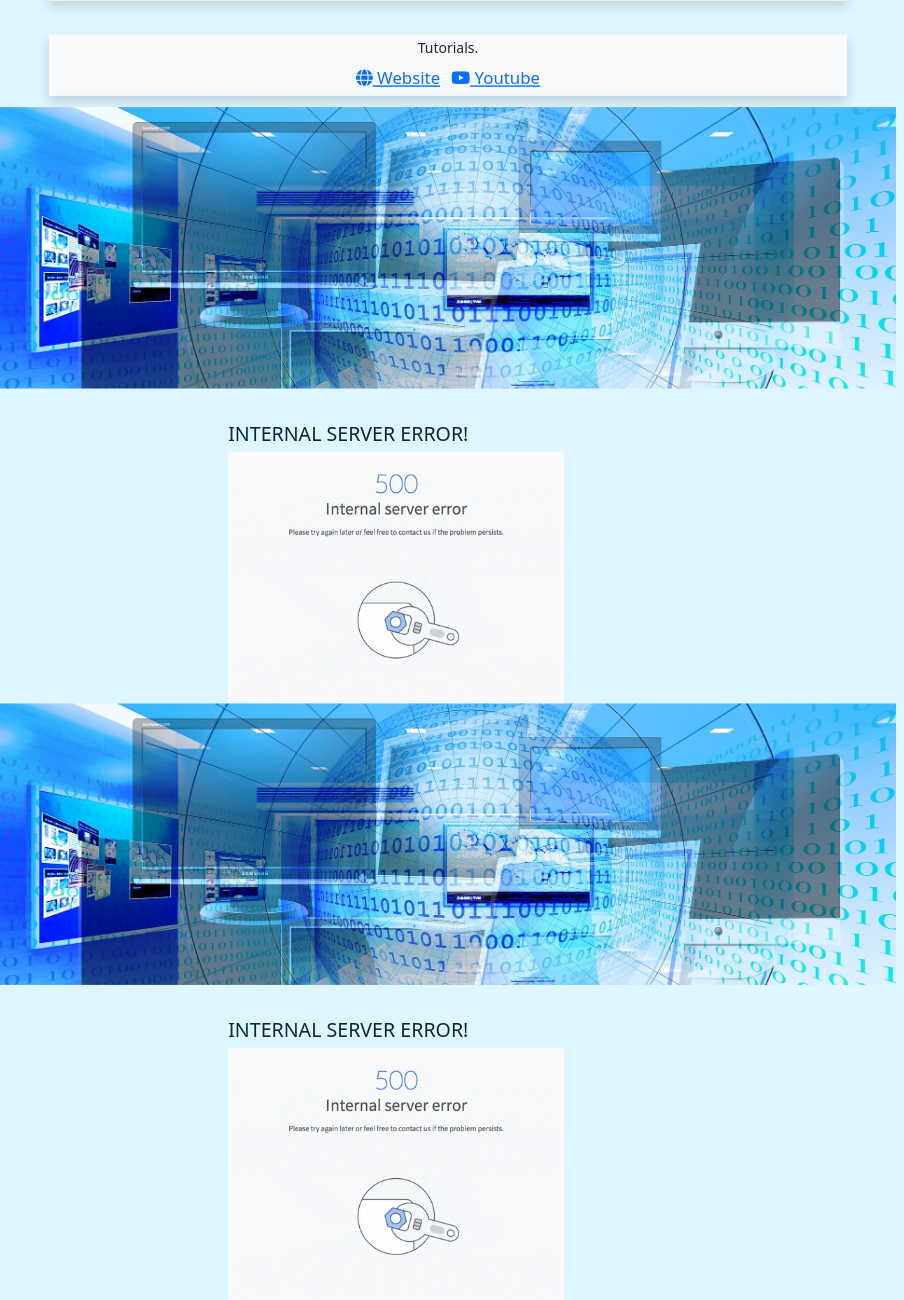
Repository: initer3737/initer3737.github.io
Page: index.html
These files come from the project's save history. The page is drawn as it stood at one moment and after the next save; the edit follows.
The browser window is 1280 px wide. The page is 1292 px wide, so the pictures cover 1292 px, including what lies to the right of the window. The pictures show the part of the page from y = 1380 to 3260 px (the page is 3237 px tall before and 3260 px after), at 70% of full size.
Some web libraries are served in a nearby version.

Above is the page before, as saved 2022-06-12 08:17:32.
Console error: TypeError: Cannot set properties of null (setting 'innerHTML')

### index.html
<!DOCTYPE html>
<html lang="en">
<head>
    <meta charset="UTF-8">
    <meta http-equiv="X-UA-Compatible" content="IE=edge">
    <meta name="viewport" content="width=device-width, initial-scale=1.0">
    <title>puthut wahyu aji</title>
    <link href="https://cdn.jsdelivr.net/npm/bootstrap@5.0.2/dist/css/bootstrap.min.css" rel="stylesheet" integrity="sha384-EVSTQN3/azprG1Anm3QDgpJLIm9Nao0Yz1ztcQTwFspd3yD65VohhpuuCOmLASjC" crossorigin="anonymous">
    <script src="https://kit.fontawesome.com/7bb1ae10af.js" crossorigin="anonymous"></script>

    <link rel="stylesheet" href="css/style.css">
</head>
<body class="bg-1">
    <header class=" bg-1">
       <div class="row">
         <img src="img/banner-982162_1920.jpg" alt="" class="img-fluid" srcset="">
       </div>
    </header>
    <div class="container bg-light shadow rounded  d-flex flex-column gap-4 justify-content-center align-content-center align-items-center p-2">
        <div class="row d-flex align-content-center align-items-center">
            <div class="col-12">
               <div class="bg-primary text-capitalize d-flex justify-content-between">
                <p id="fulldate" class="h4 text-light p-2"></p>
                <p id="jam" class="h4 text-light p-2"></p>
               </div>
            </div>
            <div class="col-10 col-md-5 col-lg-4">
               <div class="card shadow m-2 p-1 position-relative">
                <video src="img/Earth - 4788.mp4" loop muted autoplay class="w-100 rounded-pill py-5 px-2"></video>
                <div class="filter2"></div>
               </div>
            </div>
            <div class="col-10 col-md-9 col-lg-8">
               <h5 class="text-capitalize">social media.</h5>
               <div class="d-flex flex-row align-content-center align-items-center gap-3">
                <div class="d-flex flex-column fs-4">
                    <a href="https://www.instagram.com/puthutwahyuaji/" target="_blank" class="text-capitalize"><i class="fa-brands fa-instagram"></i> instagram</a>
                    <!-- <a href="https://www.facebook.com/puthut.wahyuaji.94/" target="_blank" class="text-capitalize"><i class="fa-brands fa-facebook"></i> facebook</a>
                    <a href="https://twitter.com/puthut_wahkyu" target="_blank" class="text-capitalize"><i class="fa-brands fa-twitter"></i> twitter</a> -->
                    <!-- <a href="https://www.sololearn.com/profile/22926925" target="_blank" class="text-capitalize"><i class="fa-solid fa-globe"></i> sololearn</a> -->
                    <!-- <a href="https://www.duolingo.com/profile/PUTHUTWAHY" target="_blank" class="text-capitalize"><i class="fa-solid fa-globe"></i> duolingo</a> -->
                    <a href="https://github.com/initer3737" target="_blank" class="text-capitalize"><i class="fa-brands fa-github"></i> github</a>
                </div>
                <div class=""><a href="game.html" class="btn btn-outline-primary rounded-pill px-5 py-2">Game</a></div>
            </div>
            </div>
        </div>
    </div>
    <!-- https://www.fiverr.com/share/lYqN8j -->
    <div class="container bg-light shadow mt-5 d-flex flex-column gap-1 justify-content-center align-content-center align-items-center p-2">
        <h5><i class="fa-solid fa-briefcase"></i> framework.</h5>
            <h3><i class="fa-brands fa-laravel text-danger"></i> laravel</h3>
            <h3><i class="fa-brands fa-bootstrap text-primary"></i> bootstrap 5</h3>
        </div>
    </div>

    <div class="container bg-light shadow mt-5 d-flex flex-column  justify-content-center align-content-center align-items-center p-2">
        <h5>language.</h5>
            <h3><i class="fa-brands fa-php php"></i> php</h3>
            <h3><i class="fa-brands fa-js-square javascript"></i> javascript</h3>
            <h3><i class="fa-solid fa-database mysql"></i> mysql</h3>
            <h3><i class="fa-brands fa-html5 html"></i> html 5</h3>
            <h3><i class="fa-brands fa-css3-alt css"></i> css</h3>
        </div>

        <div class="container bg-light shadow mt-5 d-flex flex-column  justify-content-center align-content-center align-items-center p-2">
            <h5 class="capitalize">Hire me on.</h5>
            <div class="d-flex flex-column fs-4">
                <a href="https://www.upwork.com/workwith/puthutwahyuaji" target="_blank"><i class="fa-solid fa-briefcase"></i> upwork.com</a>
                <a href="https://www.fiverr.com/share/lYqN8j" target="_blank"><i class="fa-solid fa-briefcase"></i> fiver.com</a>
            </div>
            </div>

    </div>

    <div class="container bg-light shadow mt-5 d-flex flex-column gap-1 justify-content-center align-content-center align-items-center p-2">
        <h5>tutorials.</h5>
        <div class="fs-4 d-flex gap-3">
            <a href="https://initer3737.github.io/course/html/pages/course.html" target="_blank"><i class="fa-solid fa-globe"></i> website</a>
            <a href="https://www.youtube.com/channel/UClsfa0LkA3_YMsFjW1M__sw" target="_blank"><i class="fa-brands fa-youtube"></i> youtube</a>
        </div>
    </div>

    <footer class="mt-3 text-light">
       <div class="row">
        <div class="col-12">
            <img src="img/banner-909710_1920.jpg" class="img-fluid" alt="">
           </div>
           <div class="col-6 mt-5 m-auto">
            <div class="d-flex flex-row flex-wrap">
                <h3 class="color-4">INTERNAL SERVER ERROR!</h3>
                <img src="img/giphy.gif" class="img-fluid" alt="">
            </div>
           </div>
           <div class="col-12">
            <img src="img/banner-909710_1920.jpg" class="img-fluid" alt="">
           </div>
           <div class="col-6 mt-5 m-auto">
            <div class="d-flex flex-row flex-wrap">
                <h3 class="color-4">INTERNAL SERVER ERROR!</h3>
                <img src="img/giphy.gif" class="img-fluid" alt="">
            </div>
           </div>
       </div>
    </footer>
    <script src="https://cdn.jsdelivr.net/npm/bootstrap@5.0.2/dist/js/bootstrap.bundle.min.js" integrity="sha384-MrcW6ZMFYlzcLA8Nl+NtUVF0sA7MsXsP1UyJoMp4YLEuNSfAP+JcXn/tWtIaxVXM" crossorigin="anonymous"></script>
</body>
</html>

<script>
    function Years() {
        $date=new Date();
        let t=document.getElementById('year');
        t.innerHTML=`${$date.getFullYear()} - ${$date.getFullYear()+5}`;
    }
    function Jam(){
        let T=document.getElementById('jam');
        let time=new Date();let hour;let minuets;let second;let statusTime;
        hour=validateTime(time.getHours());minuets=validateTime(time.getMinutes());second=validateTime(time.getSeconds());statusTime=()=>{
            if(hour > 00 &&hour < 11 ){
                status="pagi";
            }else if(hour >11 && hour < 15){
                status="siang";
            }else if(hour > 15 && hour < 18 ){
                status="sore";
            }else{
                status="malam";
            }

            return status;
        };
        T.innerHTML=`${hour}:${minuets}:${second} : ${statusTime()}`;
        setTimeout('Jam()',1000);
    }
    function Tanggal(){
        let t=document.getElementById("fulldate");
        let time=new Date();
        let hari;let bulan;let tanggal;let tahun;let hariAngka=time.getDate();
        tahun=time.getFullYear();bulan=time.getMonth();hari=time.getDay();
        let data={
            hari:["minggu","senin","selasa","rabu","kamis","jum'at","sabtu"],
            bulan:["januari","february","maret","april","mei","juni","juli","agustus","september","oktober","november","desember"]
        };
         t.innerHTML=`${data.hari[hari]}  ${hariAngka}  ${data.bulan[bulan]}  ${tahun}`;
    }
    const validateTime=(T)=>T<10 ?'0'+T:T;

    const initialize=()=>{
                Tanggal();
                Years();
                Jam();
            }

            initialize();
</script>

### css/style.css
*{
    text-transform: capitalize;
   cursor: url(https://ani.cursors-4u.net/cursors/cur-13/cur1162.ani), url(https://ani.cursors-4u.net/cursors/cur-13/cur1162.png), auto !important;
}
body{
    cursor: url('img/cursor.jpeg'),auto;
    /* background-color: #ddd; */
}
a:hover{
    transition:ease-in-out 0.5s;
    color: blueviolet;
    text-decoration: none;
}
.css{
    color: dodgerblue;
    background-color:white ;
}
.html{
    color: orange;
    background-color: white;
}
.mysql{
    background-color:white ;
    color: blue;
}
.javascript{
    background-color:rgb(51, 51, 9) ;
    color: yellow;
}
.php{
    background-color:indigo ;
    color: white;
}
header{
    /* height: 90vh; */
    display: flex;
    align-items: center;
    align-content: center;
    justify-content: center;
}
.filter{
    background-color: dodgerblue;
    opacity: 0.6;
    height: 100%;
    top: 0;
    width: 100%;
    position: absolute;
}
.text-container{
    z-index: 999;
}
.card:hover{
    /* border-color: dodgerblue; */
    background-color: dodgerblue;
    transform: perspective(12px);
    cursor: pointer;
}
.gambar{
    background-image: #000;
}

/*color pallete*/
.color-1{
    color:#DFF6FF;
}
.bg-1{
    background-color:#DFF6FF;
}

.color-2{
    color:#47B5FF;
}
.bg-2{
    background-color:#47B5FF;
}

.color-3{
    color:#1363DF;
}
.bg-3{
    background-color:#1363DF;
}

.color-4{
    color:#06283D;
}
.bg-4{
    background-color:#06283D;
}

After the next save:
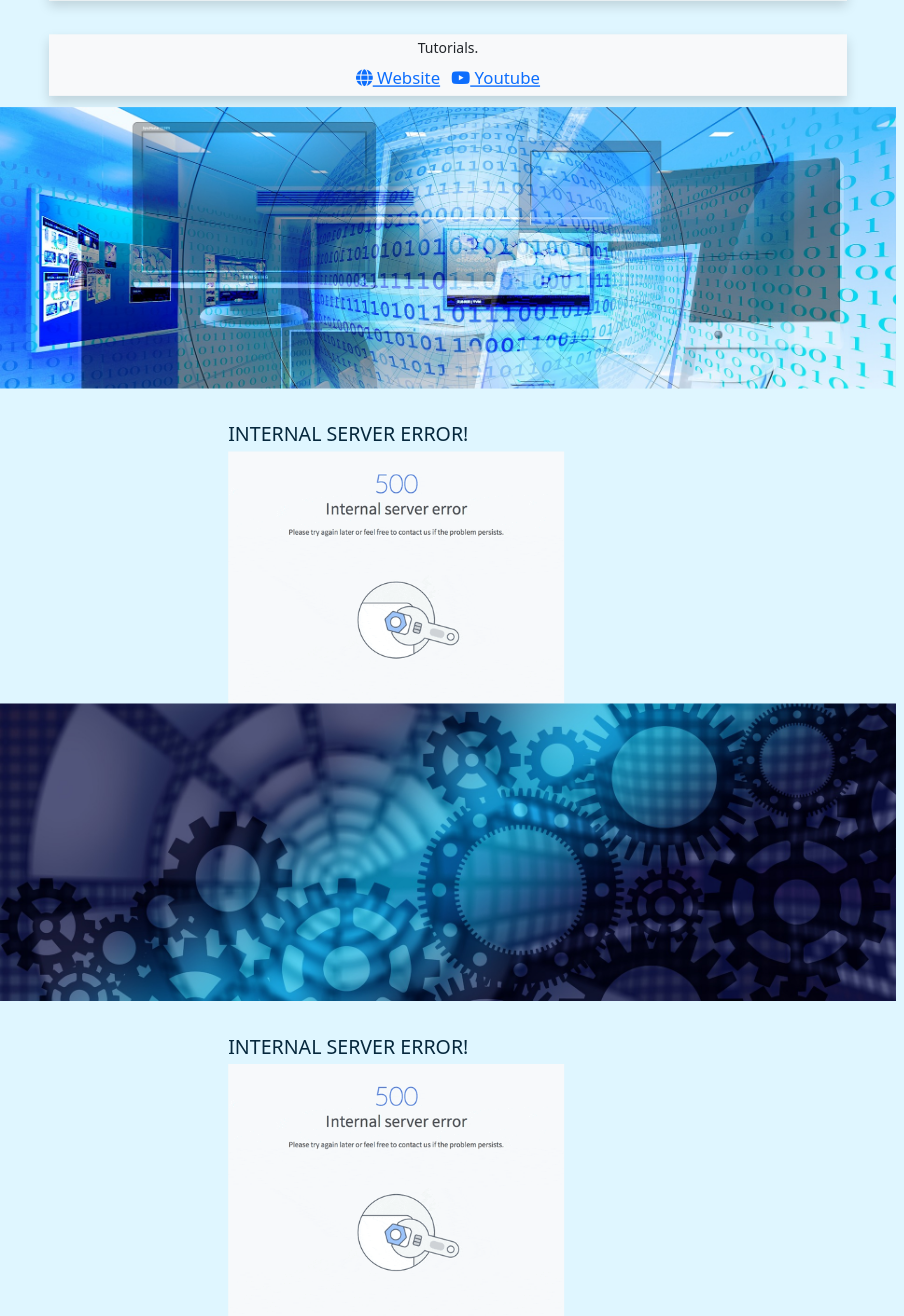
Saved 42 s later.
--- a/index.html
+++ b/index.html
@@ -93,7 +93,7 @@
             </div>
            </div>
            <div class="col-12">
-            <img src="img/banner-909710_1920.jpg" class="img-fluid" alt="">
+            <img src="img/gears-1311171_1920.jpg" class="img-fluid" alt="">
            </div>
            <div class="col-6 mt-5 m-auto">
             <div class="d-flex flex-row flex-wrap">
